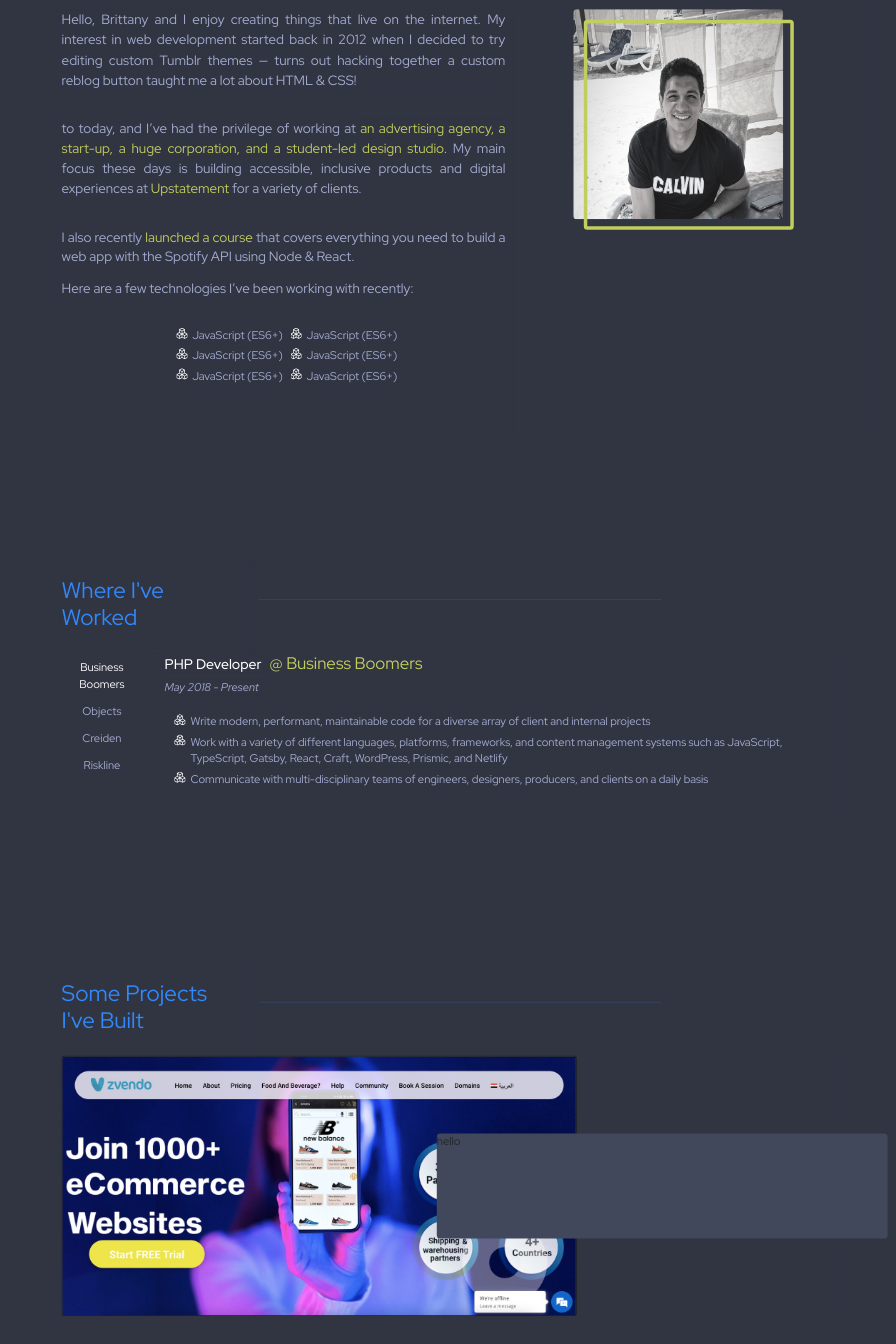
Repository: aya7abbal/Talaat-s-Portfolio
Page: index.html
These files come from the project's save history. The page is drawn as it stood at one moment and after the next save; the edit follows.
The browser window is 1280 px wide. The pictures show the part of the page from y = 943 to 2863 px (the page is 2863 px tall), at 70% of full size.
Some web libraries are served in a nearby version. The style sheet was rebuilt from its Sass, Less or Tailwind sources for each picture, by a compiler version that may differ from the author's.

Above is the page before, as saved 2022-02-07 19:09:42.

### index.html
<!DOCTYPE html>
<html lang="en">
  <head>
    <!-- Required meta tags -->
    <meta charset="utf-8" />
    <meta name="viewport" content="width=device-width, initial-scale=1" />

    <!-- Bootstrap CSS -->
    <link
      href="https://cdn.jsdelivr.net/npm/bootstrap@5.0.2/dist/css/bootstrap.min.css"
      rel="stylesheet"
      integrity="sha384-EVSTQN3/azprG1Anm3QDgpJLIm9Nao0Yz1ztcQTwFspd3yD65VohhpuuCOmLASjC"
      crossorigin="anonymous"
    />

    <!-- Favicon -->
    <link
      rel="shortcut icon"
      type="image/x-icon"
      href="./images/favicon/favicon.ico"
    />

    <!-- Font Awesome -->
    <script
      src="https://kit.fontawesome.com/fd7fa2f891.js"
      crossorigin="anonymous"
    ></script>

    <!-- Bootstrap Icons -->
    <link
      rel="stylesheet"
      href="https://cdn.jsdelivr.net/npm/bootstrap-icons@1.8.0/font/bootstrap-icons.css"
    />

    <!-- Main Stylesheet -->
    <link rel="stylesheet" href="./styles/styles.css" />

    <title>Ahmed's Portfolio</title>
  </head>
  <body>
    <!-- Navbar -->
    <nav class="navbar navbar-expand-md navbar-dark py-3">
      <div class="container-fluid d-flex justify-content-between">
        <div class="navbar-logo">
          <a class="navbar-brand navbar-border navbar-content__hidden" href="#"
            >AT</a
          >
        </div>

        <!-- Offcanvas  Hidden MENU -->
        <div class="offcanvas-menu">
          <button
            class="btn navbar-content__hidden rotating-icon"
            type="button"
            data-bs-toggle="offcanvas"
            data-bs-target="#offcanvasRight"
            aria-controls="offcanvasRight"
          >
            <i class="bi bi-x-diamond fs-2 text-white"></i>
          </button>
          <div
            class="offcanvas offcanvas-end"
            tabindex="-1"
            id="offcanvasRight"
            aria-labelledby="offcanvasRightLabel"
          >
            <div class="offcanvas-header">
              <h5 id="offcanvasRightLabel"></h5>
              <button
                type="button"
                class="btn text-reset"
                data-bs-dismiss="offcanvas"
                aria-label="Close"
              >
                <i class="bi bi-x-diamond fs-2 text-white rotated-icon"></i>
              </button>
            </div>
            <div class="offcanvas-body">
              <ul class="navbar-nav text-center">
                <li class="nav-item">
                  <a class="nav-link active" aria-current="page" href="#"
                    >About</a
                  >
                </li>
                <li class="nav-item">
                  <a class="nav-link" href="#">Experience</a>
                </li>
                <li class="nav-item">
                  <a class="nav-link" href="#">Work</a>
                </li>
                <li class="nav-item">
                  <a class="nav-link" href="#">Contact</a>
                </li>
                <li>
                  <a
                    class="btn btn-green my-4"
                    href="./Ahmed Talaat.pdf"
                    download
                  >
                    Resume</a
                  >
                </li>
              </ul>
            </div>
          </div>
        </div>

        <!-- NAVBAR Collapsable -->
        <div
          class="collapse navbar-collapse justify-content-between align-items-baseline"
          id="navbarNav"
        >
          <a class="navbar-brand navbar-border" href="#">AT</a>

          <ul class="navbar-nav">
            <li class="nav-item">
              <a class="nav-link active" aria-current="page" href="#">About</a>
            </li>
            <li class="nav-item">
              <a class="nav-link" href="#">Experience</a>
            </li>
            <li class="nav-item">
              <a class="nav-link" href="#">Work</a>
            </li>
            <li class="nav-item">
              <a class="nav-link" href="#">Contact</a>
            </li>
          </ul>

          <a
            class="btn btn-green"
            href="./Ahmed Talaat.pdf"
            download
          >Resume</a >
        </div>
      </div>
    </nav>
    <div class="body-wrapper">
      <!-- Introduction -->
      <div class="intro px-5">
        <h6>Hi, my name is</h6>

        <br />

        <h2>Ahmed Talaat.</h2>
        <h3 class="pb-2">I'm a Back-end Developer.</h3>

        <br />

        <p>
          I’m a software engineer specializing in building (and occasionally
          designing) exceptional digital experiences. Currently, I’m focused on
          building accessible, human-centered products at
          <a href="#">Riskline.</a>
        </p>

        <br />

        <a class=" btn btn-green btn-lg" href="https://calendly.com/atalaat-92/short-discussion?month=2022-02" target="_blank"> Book a Meeting</a>
      </div>

      <!-- About -->

      <div class="about px-5 row">
        <div class="section-header row">
          <div class="col-md-4 col-lg-3 col-5">
            <h4 class="py-4">About Me</h4>
          </div>
          <div class="col-md-8 col-lg-9 col-7">
            <hr />
          </div>
        </div>

        <!-- About Paragraph -->
        <div class="col-12 col-lg-7">
          <p>
            Hello, Brittany and I enjoy creating things that live on the
            internet. My interest in web development started back in 2012 when I
            decided to try editing custom Tumblr themes — turns out hacking
            together a custom reblog button taught me a lot about HTML & CSS!
          </p>
          <br />

          <p>
            to today, and I’ve had the privilege of working at
            <a href=""
              >an advertising agency, a start-up, a huge corporation, and a
              student-led design studio.</a
            >
            My main focus these days is building accessible, inclusive products
            and digital experiences at <a href="">Upstatement</a> for a variety
            of clients.
          </p>

          <br />
          <p>
            I also recently <a href="">launched a course</a> that covers
            everything you need to build a web app with the Spotify API using
            Node & React.
          </p>

          <p>Here are a few technologies I’ve been working with recently:</p>

          <div class="iconed-list d-flex justify-content-center">
            <ul class="row">
              <div class="col-6">
                <li>JavaScript (ES6+)</li>
                <li>JavaScript (ES6+)</li>
                <li>JavaScript (ES6+)</li>
              </div>

              <div class="col-6">
                <li>JavaScript (ES6+)</li>
                <li>JavaScript (ES6+)</li>
                <li>JavaScript (ES6+)</li>
              </div>
            </ul>
          </div>
        </div>

        <div class="col-12 col-lg-5 d-flex justify-content-center pb-5">
          <!-- About Image -->
          <div class="about-img">
           <div> <img
            src="./images/B903239F-D317-4387-9DFC-7195C9C90247_1_105_c.jpeg"
            alt=""
            width="300px"
            height="300px"
          /></div>
            <div class="about-img__border"></div>
          </div>
        </div>
      </div>

      <!-- Work -->

      <div class="work px-5">
        <div class="section-header row">
          <div class="col-md-4 col-lg-3 col-7">
            <h4 class="py-4">Where I've Worked</h4>
          </div>
          <div class="col-md-8 col-lg-9 col-5">
            <hr />
          </div>
        </div>
        <div>
          <!-- Nav tabs -->
          <div class="d-flex flex-md-row flex-column align-items-start">
            <div
              class="nav flex-md-column nav-pills me-3 mb-4 pe-md-3 nav-tabs"
              id="v-pills-tab"
              role="tablist"
              aria-orientation="vertical"
            >
              <button
                class="nav-link active"
                id="v-pills-home-tab"
                data-bs-toggle="pill"
                data-bs-target="#v-pills-home"
                type="button"
                role="tab"
                aria-controls="v-pills-home"
                aria-selected="true"
              >
                Business Boomers
              </button>
              <button
                class="nav-link"
                id="v-pills-profile-tab"
                data-bs-toggle="pill"
                data-bs-target="#v-pills-profile"
                type="button"
                role="tab"
                aria-controls="v-pills-profile"
                aria-selected="false"
              >
                Objects
              </button>
              <button
                class="nav-link"
                id="v-pills-messages-tab"
                data-bs-toggle="pill"
                data-bs-target="#v-pills-messages"
                type="button"
                role="tab"
                aria-controls="v-pills-messages"
                aria-selected="false"
              >
                Creiden
              </button>
              <button
                class="nav-link"
                id="v-pills-settings-tab"
                data-bs-toggle="pill"
                data-bs-target="#v-pills-settings"
                type="button"
                role="tab"
                aria-controls="v-pills-settings"
                aria-selected="false"
              >
                Riskline
              </button>
            </div>
            <div class="tab-content" id="v-pills-tabContent">
              <div
                class="tab-pane fade show active"
                id="v-pills-home"
                role="tabpanel"
                aria-labelledby="v-pills-home-tab"
              >
                <div class="work-title">
                  <h5 class="pe-2">PHP Developer</h5>
                  <h6>@ Business Boomers</h6>
                </div>
                <div class="work-date">
                  <i>May 2018 - Present </i>

                  <ul class="iconed-list">
                    <li>
                      Write modern, performant, maintainable code for a diverse
                      array of client and internal projects
                    </li>
                    <li>
                      Work with a variety of different languages, platforms,
                      frameworks, and content management systems such as
                      JavaScript, TypeScript, Gatsby, React, Craft, WordPress,
                      Prismic, and Netlify
                    </li>
                    <li>
                      Communicate with multi-disciplinary teams of engineers,
                      designers, producers, and clients on a daily basis
                    </li>
                  </ul>
                </div>
              </div>

              <div
                class="tab-pane fade"
                id="v-pills-profile"
                role="tabpanel"
                aria-labelledby="v-pills-profile-tab"
              >
                <div class="work-title">
                  <h5 class="pe-2">Back-end Developer</h5>
                  <h6>@ Objects</h6>
                </div>
                <div class="work-date">
                  <i>May 2018 - Present </i>

                  <ul class="iconed-list">
                    <li>
                      Write modern, performant, maintainable code for a diverse
                      array of client and internal projects
                    </li>
                    <li>
                      Work with a variety of different languages, platforms,
                      frameworks, and content management systems such as
                      JavaScript, TypeScript, Gatsby, React, Craft, WordPress,
                      Prismic, and Netlify
                    </li>
                    <li>
                      Communicate with multi-disciplinary teams of engineers,
                      designers, producers, and clients on a daily basis
                    </li>
                  </ul>
                </div>
              </div>

              <div
                class="tab-pane fade"
                id="v-pills-messages"
                role="tabpanel"
                aria-labelledby="v-pills-messages-tab"
              >
                <div class="work-title">
                  <h5 class="pe-2">Back-end Developer</h5>
                  <h6>@ Creiden</h6>
                </div>
                <div class="work-date">
                  <i>May 2018 - Present </i>

                  <ul class="iconed-list">
                    <li>
                      Write modern, performant, maintainable code for a diverse
                      array of client and internal projects
                    </li>
                    <li>
                      Work with a variety of different languages, platforms,
                      frameworks, and content management systems such as
                      JavaScript, TypeScript, Gatsby, React, Craft, WordPress,
                      Prismic, and Netlify
                    </li>
                    <li>
                      Communicate with multi-disciplinary teams of engineers,
                      designers, producers, and clients on a daily basis
                    </li>
                  </ul>
                </div>
              </div>

              <div
                class="tab-pane fade"
                id="v-pills-settings"
                role="tabpanel"
                aria-labelledby="v-pills-settings-tab"
              >
                <div class="work-title">
                  <h5 class="pe-2">Project Manager</h5>
                  <h6>@ Riskline</h6>
                </div>
                <div class="work-date">
                  <i>May 2018 - Present </i>

                  <ul class="iconed-list">
                    <li>
                      Write modern, performant, maintainable code for a diverse
                      array of client and internal projects
                    </li>
                    <li>
                      Work with a variety of different languages, platforms,
                      frameworks, and content management systems such as
                      JavaScript, TypeScript, Gatsby, React, Craft, WordPress,
                      Prismic, and Netlify
                    </li>
                    <li>
                      Communicate with multi-disciplinary teams of engineers,
                      designers, producers, and clients on a daily basis
                    </li>
                  </ul>
                </div>
              </div>
            </div>
          </div>
        </div>
      </div>

      <!-- Projects -->

      <div class="projects px-5">
        <div class="section-header row">
          <div class="col-md-4 col-lg-3 col-7">
            <h4 class="py-4">Some Projects I've Built</h4>
          </div>
          <div class="col-md-8 col-lg-9 col-5">
            <hr />
          </div>
        </div>

        <div class="project-card d-flex align-items-center">
          <div class="card bg-dark text-white col-md-8">
            <img src="./images/project-1.jpeg" class="card-img" alt="...">
            <div class="card-img-overlay d-md-none">
              <h5 class="card-title">Card title</h5>
              <p class="card-text">This is a wider card with supporting text below as a natural lead-in to additional content. This content is a little bit longer.</p>
              <p class="card-text"></p>
            </div>
          </div>
          <div class="col-md-7 project-desc">
            hello
          </div>
        </div>
      </div>



    </div>


    <!-- Footer -->
    <footer>
      <div class="footer-left">
        <div class="footer-left__link">
          <i class="fab fa-github"><a href="#"></a></i>
        </div>
        <div class="footer-left__link">
          <i class="fab fa-twitter"><a href=""></a></i>
        </div>
        <div class="footer-left__link">
          <i class="fab fa-linkedin-in"><a href=""></a></i>
        </div>
        <div class="footer-left__link">
          <i class="fas fa-phone"><a href=""></a></i>
        </div>
        <div class="footer-left__link line"></div>
      </div>



      <div class="footer-right">
        <div class="footer-right__link">
          <a href="">@ahmed.talaat.92@hotmail.com</a>

        <div class="footer-right__link line"></div>
      </div>
    </footer>

    <!-- Bootstrap Bundle with Popper -->
    <script
      src="https://cdn.jsdelivr.net/npm/bootstrap@5.0.2/dist/js/bootstrap.bundle.min.js"
      integrity="sha384-MrcW6ZMFYlzcLA8Nl+NtUVF0sA7MsXsP1UyJoMp4YLEuNSfAP+JcXn/tWtIaxVXM"
      crossorigin="anonymous"
    ></script>
    <script type="module" src="./scripts/script.js"></script>
  </body>
</html>

### styles/components/_navbar.scss
.navbar-content__hidden{
    display: none;
    @media (max-width:768px) {
        display: inline-block;
    }
}

.navbar-brand{
    border: solid 2px var(--green);
    border-radius: 5px 20px;
    padding: 8px;

    &:hover{
        background-color: var(--green);
    }
}

### styles/variables/_colors.scss
:root{
    --navy:#313441;
    --lnavy:#42485c;
    --lgreen:#c1ce5e;
    --grey:#A4A6BF;
    --bblue:hsl(220, 47%, 62%);
    --green:#97A629;
    --lgreeno:#c1ce5e11;
    --lgrey:#bbc1dd;
    --mdgrey:#a4acd1;
    --blue:#3188fa;

}

### styles/components/_buttons.scss
.btn-green {
  border: 2px solid var(--green);
  padding: 8px;
  color:white;
  border-radius: 5px;

  &:hover {
    color: rgb(197, 197, 197);
    background-color: var(--lgreeno);
  }
}

.btn-blue{
    border: 2px solid var(--blue);
    padding: 8px;
    color:white;
    border-radius: 5px;

    &:hover {
      color: rgb(197, 197, 197);
      background-color: var(--bblue);
    }
}

.rotating-icon, .rotated-icon {
  transform: rotate(45deg) !important;
  z-index: 100;

  &:hover {
    transform: rotate(90deg) !important;
    transition: 0.6s;


  }
  &:active &:focus {
    transform: rotate(90deg) !important;
  }
}

### styles/components/_pages.scss

// INTRODUCTION
.intro{
    padding-top: 160px;
}

// ABOUT


.section-header{
    padding-top:180px ;
    hr{
        position: relative;
        top:30%;
        color: var(--blue);
        width: 70%;
    }
}

#v-pills-tab{
    border: none;
}

### styles/components/_projects.scss

.projects{


.card-img-overlay {
    opacity: 90%;

}




.project-desc{
@media (max-width:768px) {
    display: none;

}

    background-color: var(--lnavy);
    height:150px;
    transform: translate(-200px);
    border-radius: 5px;
}
}

Loaded but not shown: scripts/script.js (8 lines, source omitted); styles/variables/_fonts.scss (113 lines, source omitted); styles/components/_footer.scss (68 lines, source omitted); styles/styles.scss (36 lines, source omitted); styles/variables/_images.scss (36 lines, source omitted)

After the next save:
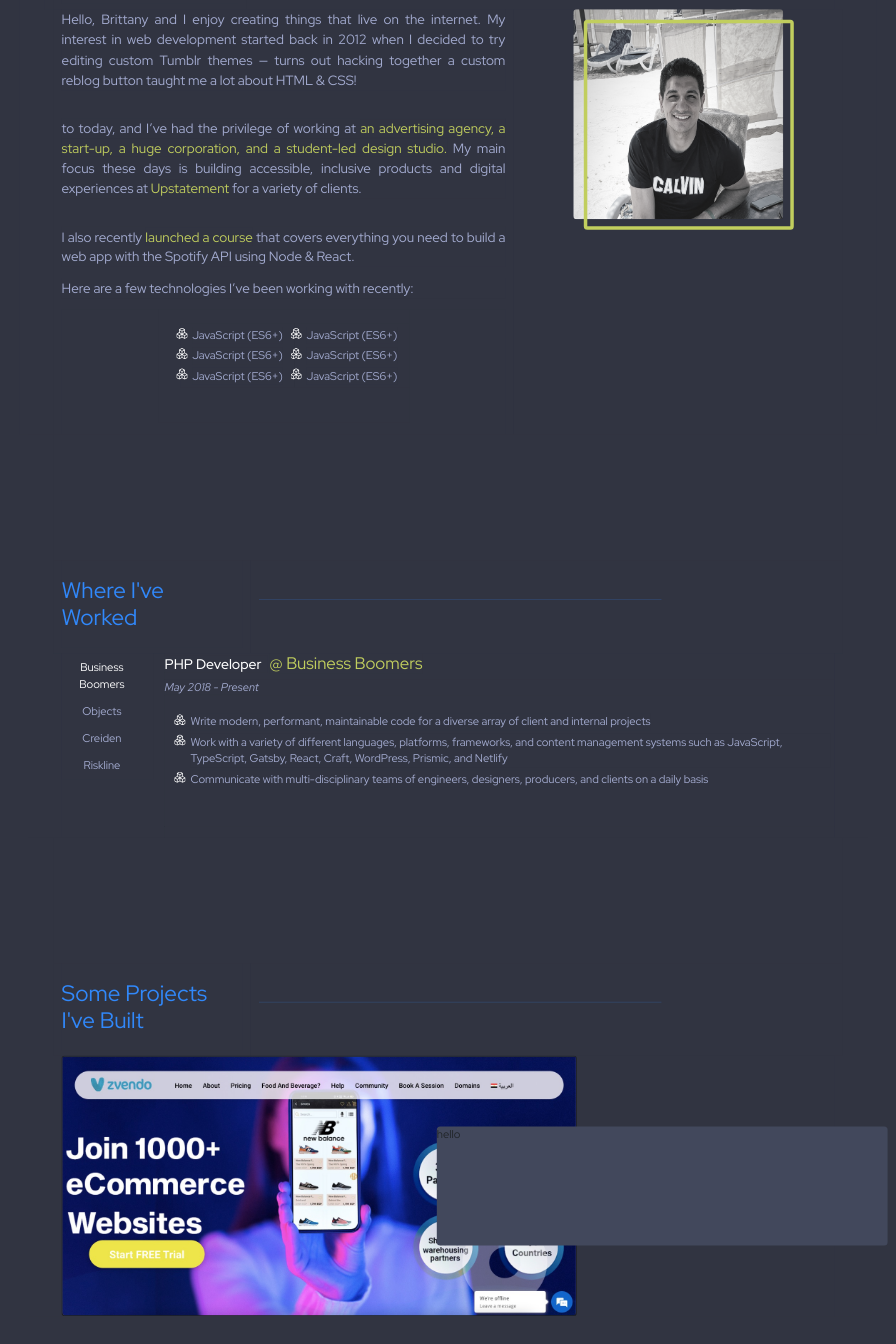
Saved 10 s later.
--- a/styles/components/_projects.scss
+++ b/styles/components/_projects.scss
@@ -17,7 +17,7 @@
 }
 
     background-color: var(--lnavy);
-    height:150px;
+    height:170px;
     transform: translate(-200px);
     border-radius: 5px;
 }

After the save that followed:
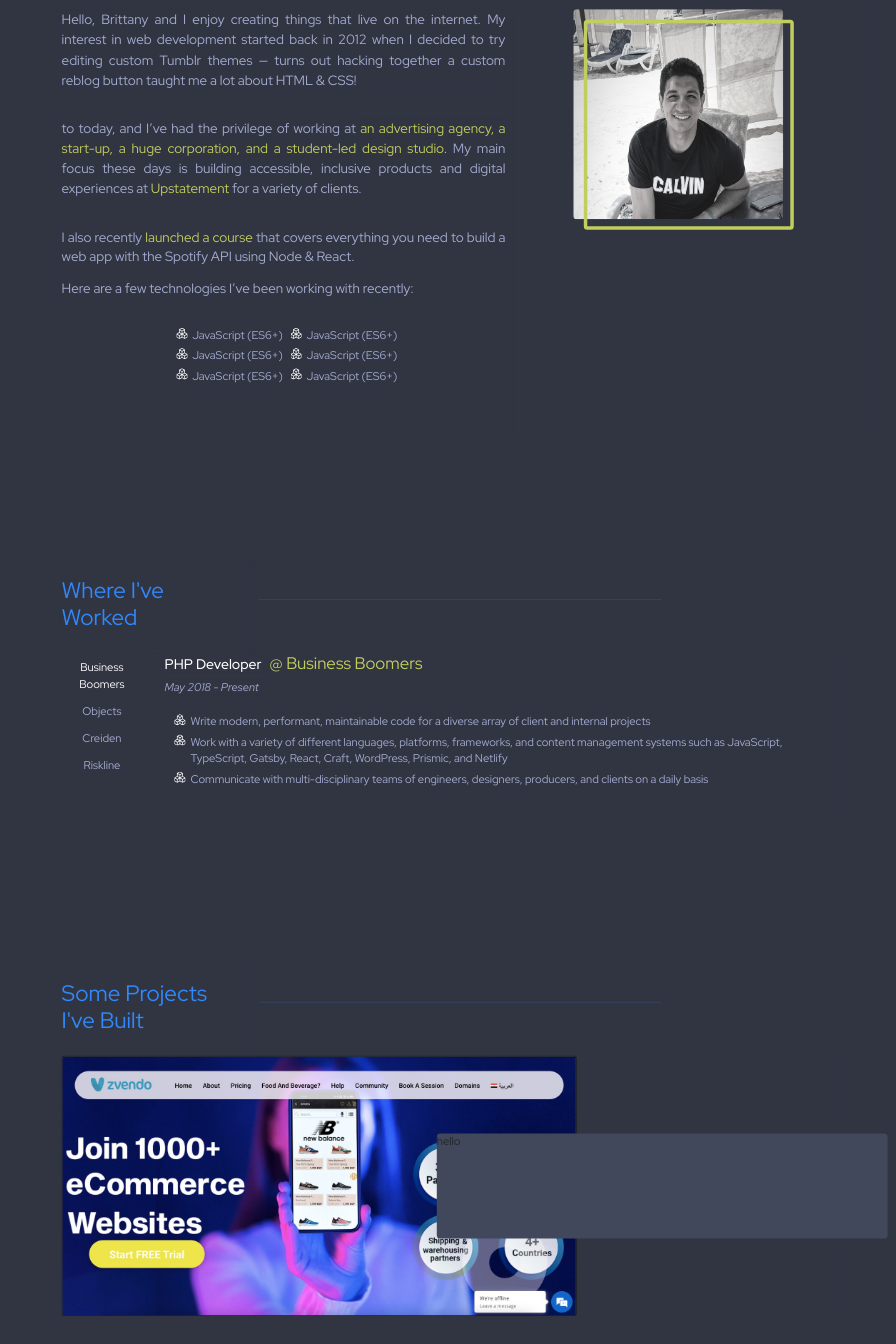
Saved 11 s later.
--- a/styles/components/_projects.scss
+++ b/styles/components/_projects.scss
@@ -17,7 +17,7 @@
 }
 
     background-color: var(--lnavy);
-    height:170px;
+    height:150px;
     transform: translate(-200px);
     border-radius: 5px;
 }
